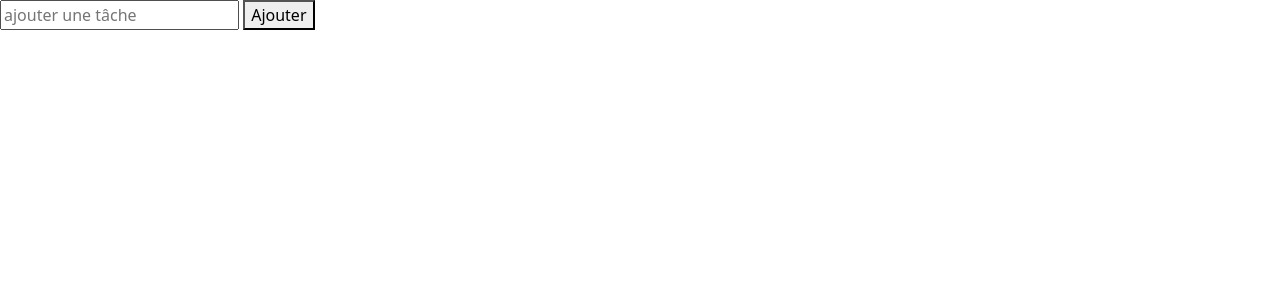
Repository: Coumba25040/coumbaProjet
Page: exoGPT/EXO/miniProjetDom.html
These files come from the project's save history. The page is drawn as it stood at one moment and after the next save; the edit follows.
The browser window is 1280 px wide. The pictures show the whole page.

Above is the page before, as saved 2025-07-07 09:34:42.

After the next save:
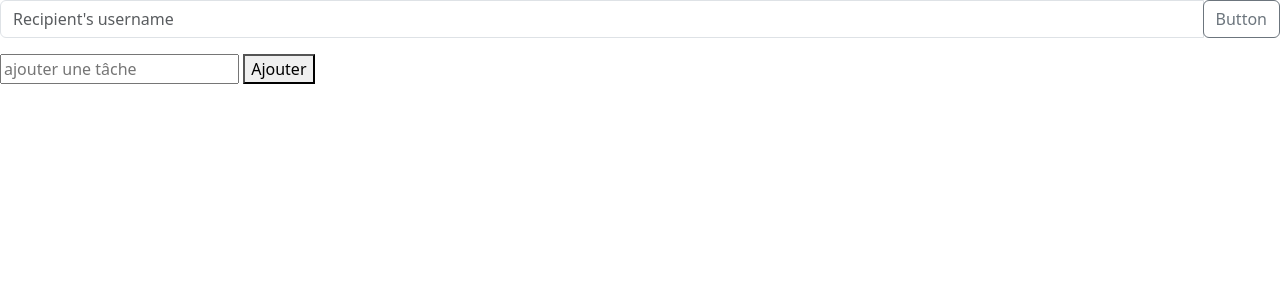
Saved 3 min 21 s later.
--- a/exoGPT/EXO/miniProjetDom.html
+++ b/exoGPT/EXO/miniProjetDom.html
@@ -7,6 +7,12 @@
     <link href="https://cdn.jsdelivr.net/npm/bootstrap@5.3.7/dist/css/bootstrap.min.css" rel="stylesheet" integrity="sha384-LN+7fdVzj6u52u30Kp6M/trliBMCMKTyK833zpbD+pXdCLuTusPj697FH4R/5mcr" crossorigin="anonymous">
 </head>
 <body>
+    <div class="input-group mb-3">
+        <input type="text" class="form-control" placeholder="Recipient's username" aria-label="Recipient's username" aria-describedby="button-addon2">
+        <div class="input-group-append">
+          <button class="btn btn-outline-secondary" type="button" id="button-addon2">Button</button>
+        </div>
+      </div>
     <input id="input" type="text" placeholder="ajouter une tâche">
     <button id="ajouter">Ajouter</button>
     <div id="containerTâche">
